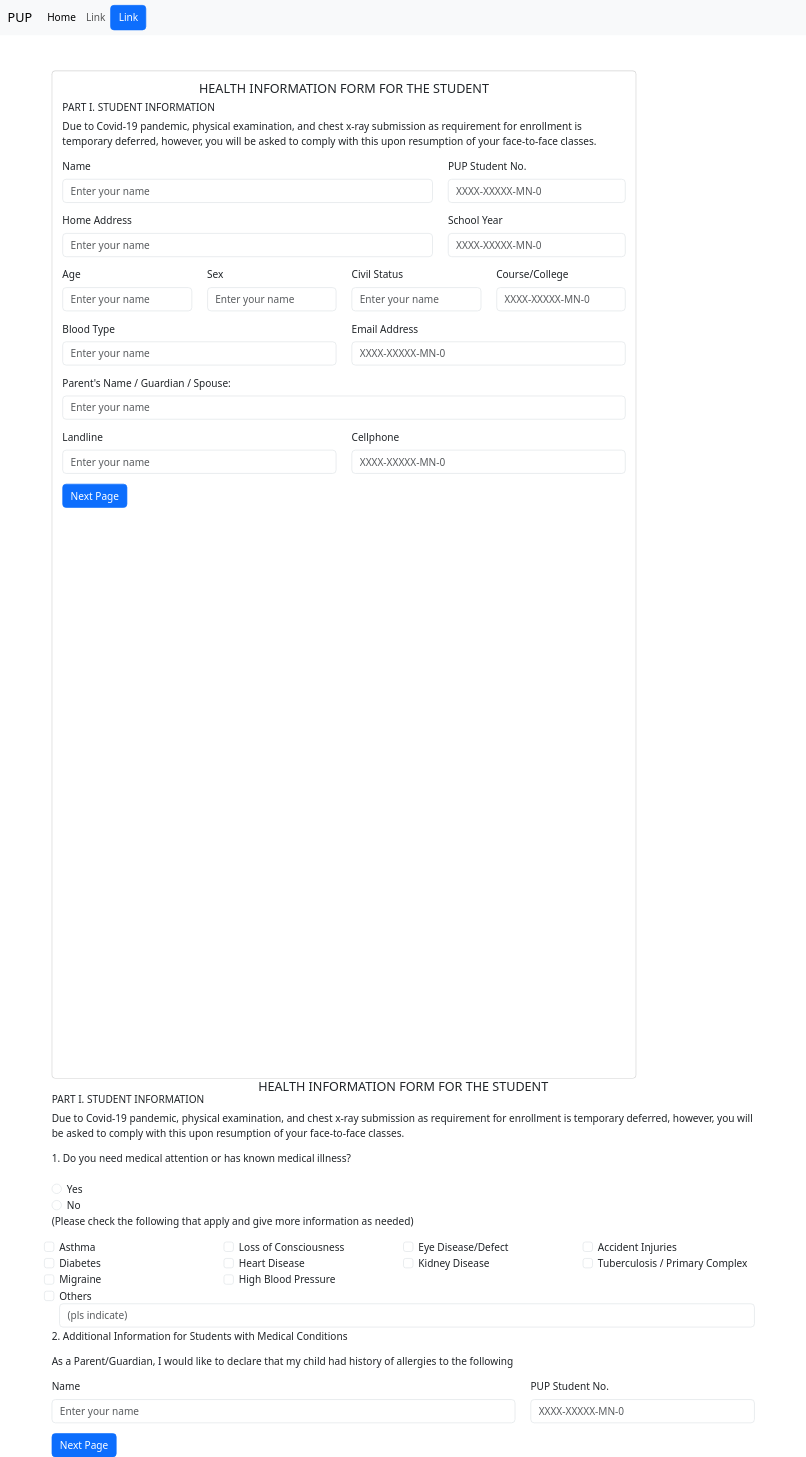
Repository: Nicktacku/webdev
Page: form.html
An editor plug-in stored every save of this project. The page is shown before and after the next save, followed by the edit.
The browser window is 1280 px wide. The pictures show the whole page, at 63% of full size.

Above is the page before, as saved 2024-07-15 18:55:38.

After the next save:
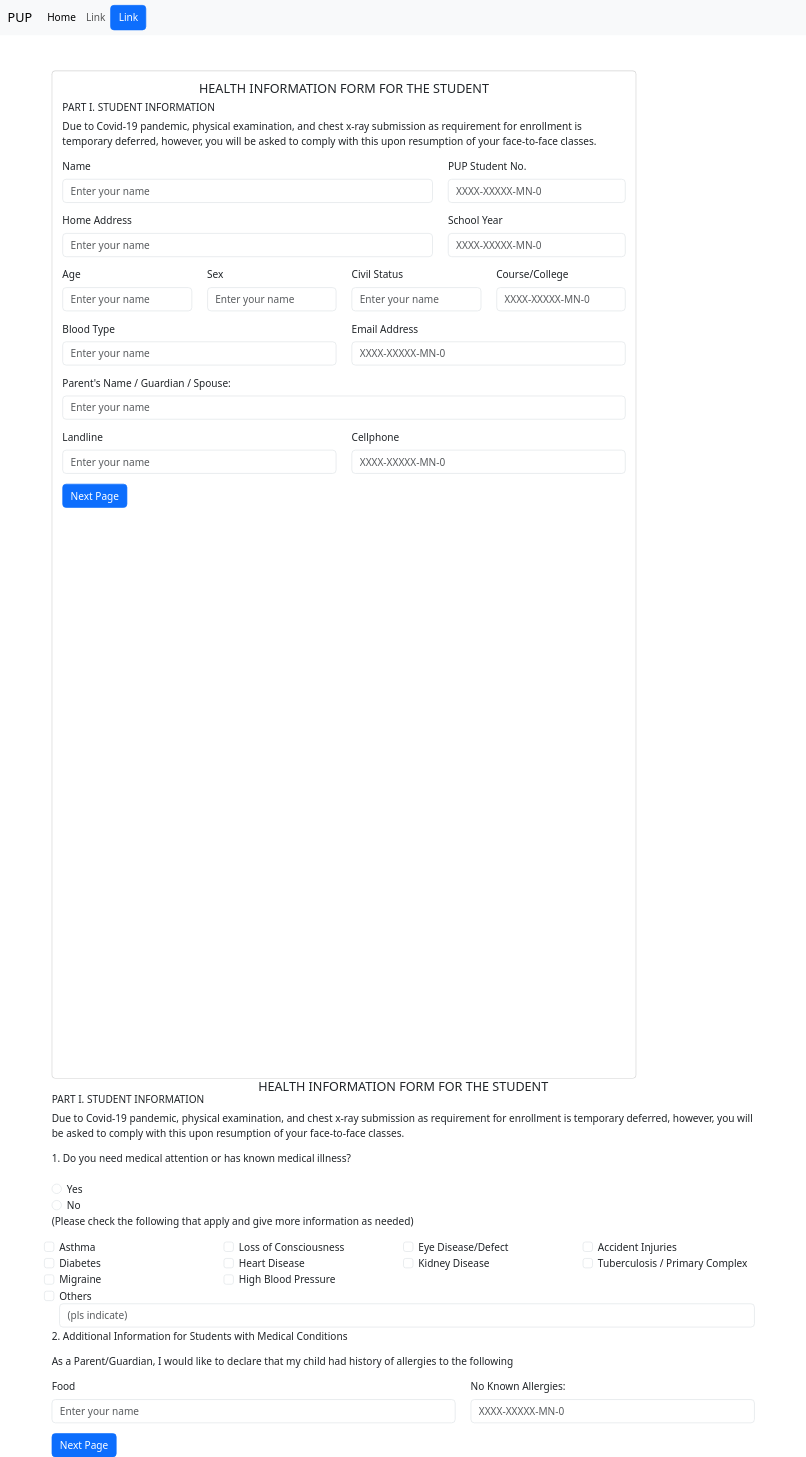
Saved 53 s later.
--- a/form.html
+++ b/form.html
@@ -256,15 +256,15 @@
                 <p>As a Parent/Guardian, I would like to declare that my child had history of allergies to the following</p>
 
                 <div class="row">
-                    <div class="col-8">
+                    <div class="col-7">
                         <div class="mb-3">
-                            <label for="name" class="form-label">Name</label>
+                            <label for="name" class="form-label">Food</label>
                             <input type="text" class="form-control" id="name-input" placeholder="Enter your name">
                           </div>
                     </div>
                     <div class="col">
                         <div class="mb-3">
-                            <label for="name" class="form-label">PUP Student No.</label>
+                            <label for="name" class="form-label">No Known Allergies:</label>
                             <input type="text" class="form-control" id="name-input" placeholder="XXXX-XXXXX-MN-0">
                           </div>
                     </div>
